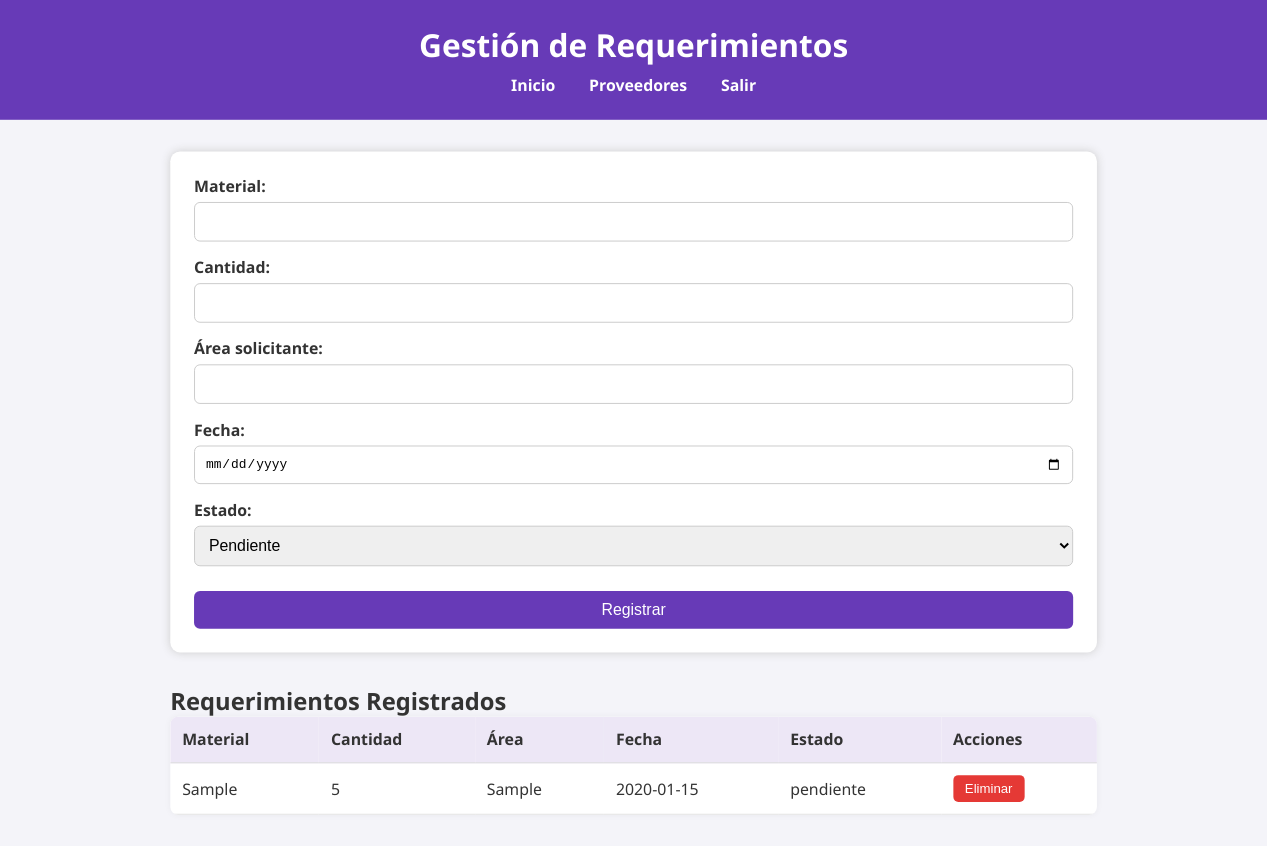
Repository: djkeviin/Mi-primera-chamba
Page: views/requerimientos.html
The author's editor kept a copy of each file at every save. The page is drawn from the files as they stood at one save, then again after the next save.
The browser window is 1280 px wide. The pictures show the whole page, at 99% of full size.
Empty fields were first filled with sample values (such as "Sample", 5 or name@example.com).
After loading, the first visible `#formRequerimiento` was submitted once.

Above is the page before, as saved 2025-05-01 22:55:29.

After the next save:
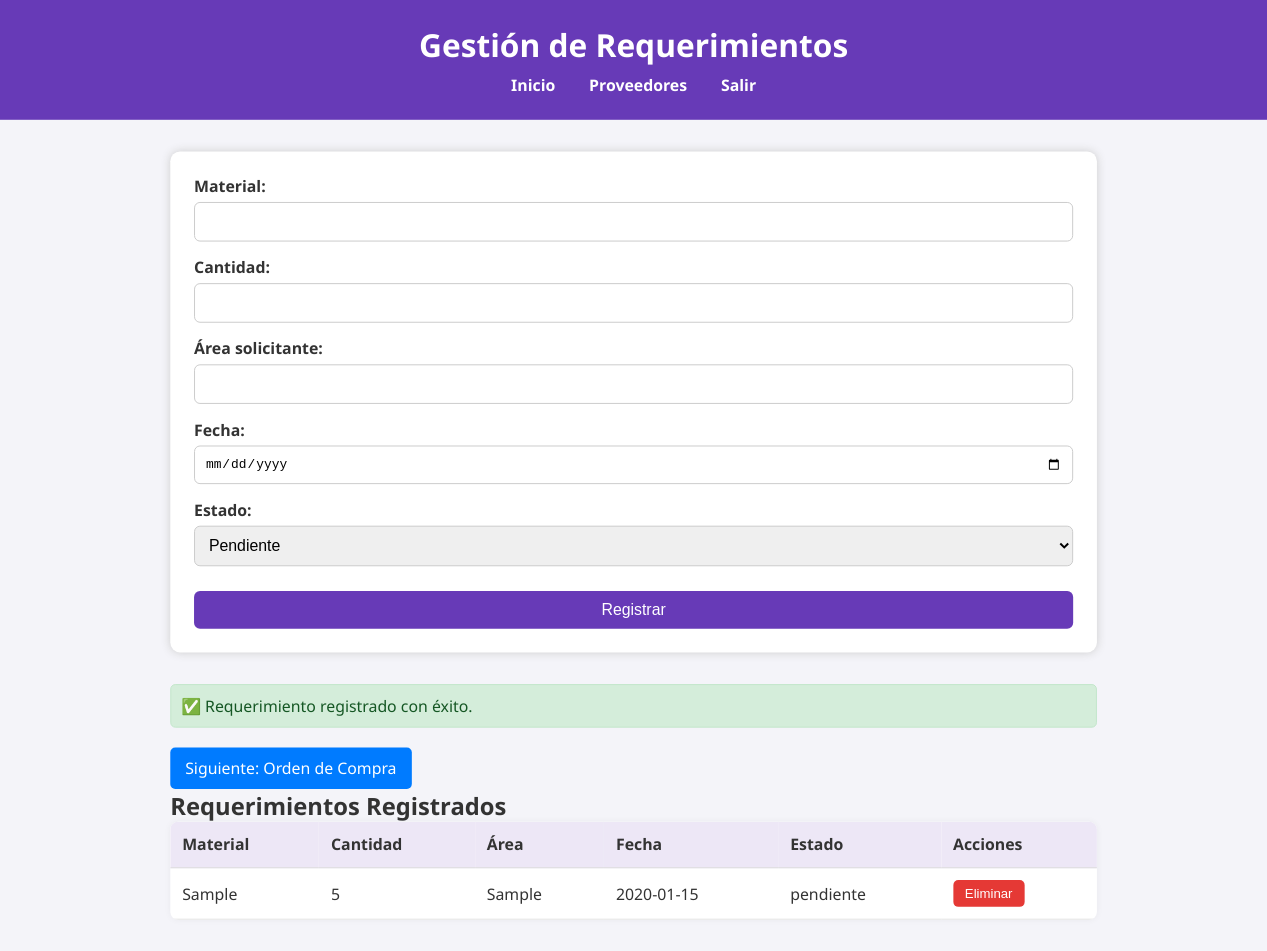
Saved 5 min 48 s later.
--- a/js/requerimientos.js
+++ b/js/requerimientos.js
@@ -22,7 +22,11 @@ document.addEventListener("DOMContentLoaded", function () {
       requerimientos.push(nuevoRequerimiento);
       localStorage.setItem("requerimientos", JSON.stringify(requerimientos));
 
-      alert("Requerimiento registrado con éxito");
+      const mensaje = document.getElementById("mensajeExito");
+mensaje.textContent = "✅ Requerimiento registrado con éxito.";
+mensaje.style.display = "block";
+
+document.getElementById("btnSiguiente").style.display = "inline-block";
       this.reset();
       mostrarRequerimientos();
     });
